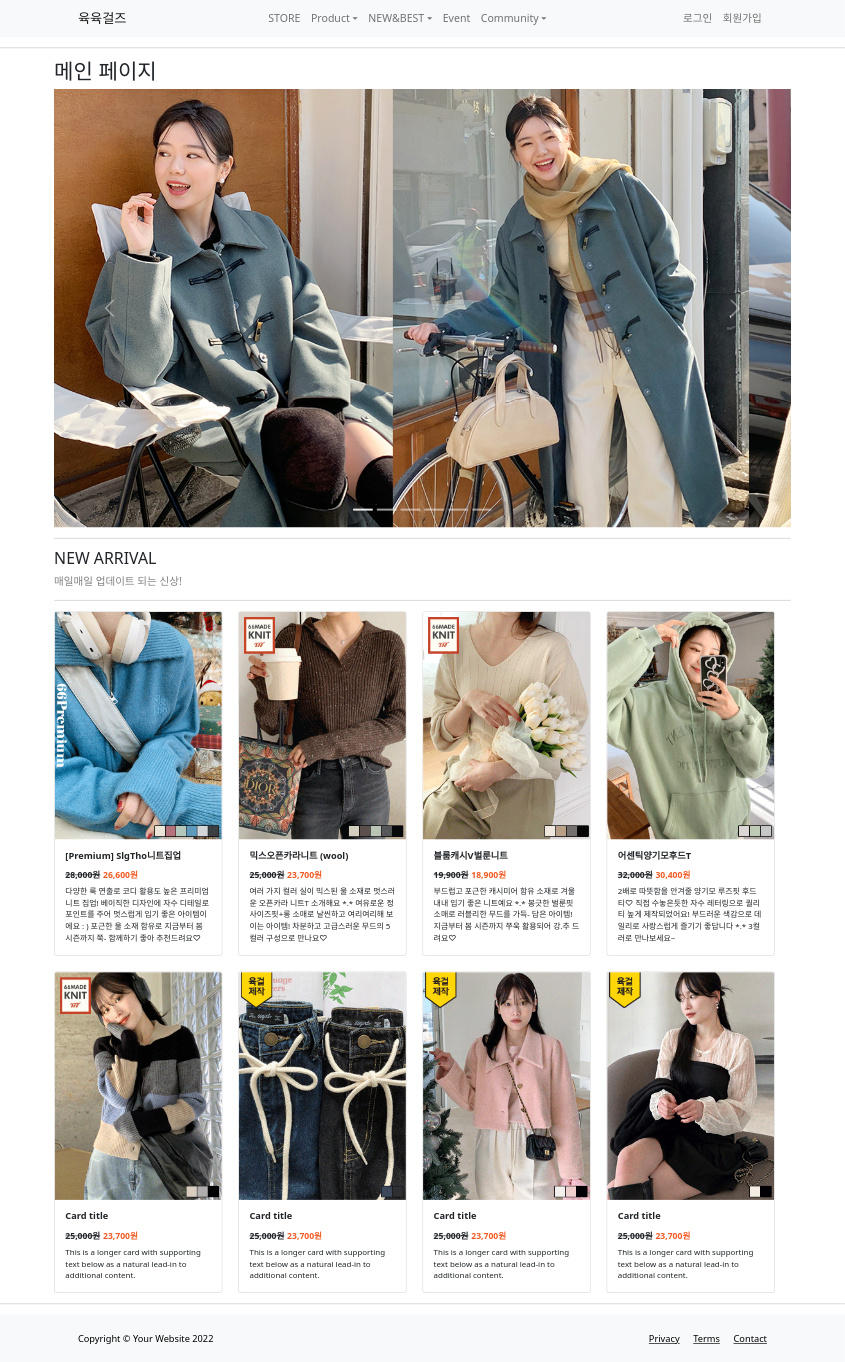
Repository: kyeonj/pro05
Page: http://localhost/index
An editor plug-in stored every save of this project. The page is shown before and after the next save, followed by the edit.
The browser window is 1280 px wide. The pictures show the whole page, at 66% of full size.
The page is this project's Thymeleaf template; nobody is signed in. The template is opened directly, without the code that normally fills it, so the values that code supplies are empty.

Above is the page before, as saved 2022-12-20 02:41:53.

### myapp/src/main/resources/templates/index.html
<!DOCTYPE html>
<html lang="ko" xmlns="http://www.w3.org/1999/xhtml"
 xmlns:th="http://www.thymeleaf.org"
 xmlns:layout="http://www.ultraq.net.nz/thymeleaf/layout">
<head>
	<title>메인 페이지</title>
	<th:block th:insert="common/head"></th:block>
</head>
<body>
<div class="fluid-container">
	<th:block th:insert="common/header"></th:block>
	<div class="container">
	<h2>메인 페이지</h2>
	<div id="carouselExampleIndicators" class="carousel slide" data-bs-ride="carousel">
	  <div class="carousel-indicators">
	    <button type="button" data-bs-target="#carouselExampleIndicators" data-bs-slide-to="0" class="active" aria-current="true" aria-label="Slide 1"></button>
	    <button type="button" data-bs-target="#carouselExampleIndicators" data-bs-slide-to="1" aria-label="Slide 2"></button>
	    <button type="button" data-bs-target="#carouselExampleIndicators" data-bs-slide-to="2" aria-label="Slide 3"></button>
	    <button type="button" data-bs-target="#carouselExampleIndicators" data-bs-slide-to="3" aria-label="Slide 4"></button>
	    <button type="button" data-bs-target="#carouselExampleIndicators" data-bs-slide-to="4" aria-label="Slide 5"></button>
	    <button type="button" data-bs-target="#carouselExampleIndicators" data-bs-slide-to="5" aria-label="Slide 6"></button>
	  </div>
	  <div class="carousel-inner">
	    <div class="carousel-item active">
	      <img src="theme/img/main1.jpg" class="d-block w-100" alt="...">
	    </div>
	    <div class="carousel-item">
	      <img src="theme/img/main2.jpg" class="d-block w-100" alt="...">
	    </div>
	    <div class="carousel-item">
	      <img src="theme/img/main3.jpg" class="d-block w-100" alt="...">
	    </div>
	    <div class="carousel-item">
	      <img src="theme/img/main4.jpg" class="d-block w-100" alt="...">
	    </div>
	    <div class="carousel-item">
	      <img src="theme/img/main5.jpg" class="d-block w-100" alt="...">
	    </div>
	    <div class="carousel-item">
	      <img src="theme/img/main6.jpg" class="d-block w-100" alt="...">
	    </div>
	  </div>
	  <button class="carousel-control-prev" type="button" data-bs-target="#carouselExampleIndicators" data-bs-slide="prev">
	    <span class="carousel-control-prev-icon" aria-hidden="true"></span>
	    <span class="visually-hidden">Previous</span>
	  </button>
	  <button class="carousel-control-next" type="button" data-bs-target="#carouselExampleIndicators" data-bs-slide="next">
	    <span class="carousel-control-next-icon" aria-hidden="true"></span>
	    <span class="visually-hidden">Next</span>
	  </button>
	</div>
	<hr>
	<h4>NEW ARRIVAL</h4>
	<span style="color: gray;">매일매일 업데이트 되는 신상!</span>
	<hr>
	<div class="row row-cols-1 row-cols-md-4 g-4" style="width: 100%;" >
	  <div class="col">
	    <div class="card h-100" >
	      <img src="theme/img/new1.gif" class="card-img-top" alt="...">
	      <div class="card-body">
	        <h5 class="card-title">[Premium] SlgTho니트집업</h5>
	        <span class="card-text1" style="text-decoration: line-through;">28,000원</span>
	        <span class="card-text2">26,600원</span>
	        <p class="card-text" >다양한 룩 연출로 코디 활용도 높은 프리미엄 니트 집업! 베이직한 디자인에 자수 디테일로 포인트를 주어 멋스럽게 입기 좋은 아이템이에요 : ) 포근한 울 소재 함유로 지금부터 봄 시즌까지 쭉- 함께하기 좋아 추천드려요♡</p>
	      </div>
	    </div>
	  </div>
	  <div class="col">
	    <div class="card h-100">
	      <img src="theme/img/new2.gif" class="card-img-top" alt="...">
	      <div class="card-body">
	        <h5 class="card-title">믹스오픈카라니트 (wool)</h5>
	        <span class="card-text1" style="text-decoration: line-through;">25,000원</span>
	        <span class="card-text2">23,700원</span>
	        <p class="card-text">여러 가지 컬러 실이 믹스된 울 소재로 멋스러운 오픈카라 니트T 소개해요 *.* 여유로운 정사이즈핏+롱 소매로 날씬하고 여리여리해 보이는 아이템! 차분하고 고급스러운 무드의 5컬러 구성으로 만나요♡</p>
	      </div>
	    </div>
	  </div>
	  <div class="col">
	    <div class="card h-100">
	      <img src="theme/img/new3.gif" class="card-img-top" alt="...">
	      <div class="card-body">
	        <h5 class="card-title">블룸캐시V벌룬니트</h5>
	        <span class="card-text1" style="text-decoration: line-through;">19,900원</span>
	        <span class="card-text2">18,900원</span>
	        <p class="card-text">부드럽고 포근한 캐시미어 함유 소재로 겨울 내내 입기 좋은 니트예요 *.* 봉긋한 벌룬핏 소매로 러블리한 무드를 가득- 담은 아이템! 지금부터 봄 시즌까지 쭈욱 활용되어 강.추 드려요♡</p>
	      </div>
	    </div>
	  </div>
	  <div class="col">
	    <div class="card h-100">
	      <img src="theme/img/new4.gif" class="card-img-top" alt="...">
	      <div class="card-body">
	        <h5 class="card-title">어센틱양기모후드T</h5>
	        <span class="card-text1" style="text-decoration: line-through;">32,000원</span>
	        <span class="card-text2">30,400원</span>
	        <p class="card-text">2배로 따뜻함을 안겨줄 양기모 루즈핏 후드티♡ 직접 수놓은듯한 자수 레터링으로 퀄리티 높게 제작되었어요! 부드러운 색감으로 데일리로 사랑스럽게 즐기기 좋답니다 *.* 3컬러로 만나보세요~</p>
	      </div>
	    </div>
	  </div>
	  <div class="col">
	    <div class="card h-100">
	      <img src="theme/img/new5.gif" class="card-img-top" alt="...">
	      <div class="card-body">
	        <h5 class="card-title">Card title</h5>
	        <span class="card-text1" style="text-decoration: line-through;">25,000원</span>
	        <span class="card-text2">23,700원</span>
	        <p class="card-text">This is a longer card with supporting text below as a natural lead-in to additional content.</p>
	      </div>
	    </div>
	  </div>
	  <div class="col">
	    <div class="card h-100">
	      <img src="theme/img/new6.gif" class="card-img-top" alt="...">
	      <div class="card-body">
	        <h5 class="card-title">Card title</h5>
	        <span class="card-text1" style="text-decoration: line-through;">25,000원</span>
	        <span class="card-text2">23,700원</span>
	        <p class="card-text">This is a longer card with supporting text below as a natural lead-in to additional content.</p>
	      </div>
	    </div>
	  </div>
	  <div class="col">
	    <div class="card h-100">
	      <img src="theme/img/new7.gif" class="card-img-top" alt="...">
	      <div class="card-body">
	        <h5 class="card-title">Card title</h5>
	        <span class="card-text1" style="text-decoration: line-through;">25,000원</span>
	        <span class="card-text2">23,700원</span>
	        <p class="card-text">This is a longer card with supporting text below as a natural lead-in to additional content.</p>
	      </div>
	    </div>
	  </div>
	  <div class="col">
	    <div class="card h-100">
	      <img src="theme/img/new8.gif" class="card-img-top" alt="...">
	      <div class="card-body">
	        <h5 class="card-title">Card title</h5>
	        <span class="card-text1" style="text-decoration: line-through;">25,000원</span>
	        <span class="card-text2">23,700원</span>
	        <p class="card-text">This is a longer card with supporting text below as a natural lead-in to additional content.</p>
	      </div>
	    </div>
	  </div>
	</div>
</div>
<th:block th:insert="common/footer"></th:block>
</div>
</body>
</html>

### myapp/src/main/resources/templates/common/head.html
<meta charset="UTF-8">
<meta http-equiv="X-UA-Compatible" content="IE=edge">
<meta name="viewport" content="width=device-width, initial-scale=1.0">
<script src="https://code.jquery.com/jquery-latest.js"></script>
<link href="https://cdn.jsdelivr.net/npm/bootstrap-icons@1.5.0/font/bootstrap-icons.css" rel="stylesheet">
<link href="/theme/css/styles.css" rel="stylesheet">
<script src="https://cdn.jsdelivr.net/npm/bootstrap@5.1.3/dist/js/bootstrap.bundle.min.js"></script>
<script src="/theme/js/scripts.js"></script>
<style>
@media all and (min-width: 960px) {
	.navbar .nav-item .dropdown-menu{ display: none; }
	.navbar .nav-item:hover .dropdown-menu{ display: block; }
	.navbar .nav-item .dropdown-menu { margin-top:0; }
}
.card-title {font-size: 14px; font-weight: bold;}
.card-text {font-size: 12px; margin-top: 5px;}
.card-text1 {font-size: 13px; font-weight: bold; text-decoration: line-through;}
.card-text2 {font-size: 13px; font-weight: bold; color: #f15b24;}
</style>

### myapp/src/main/resources/templates/common/header.html
<!DOCTYPE html>
<html lang="en" xmlns:th="http://www.w3.org/1999/xhtml" xmlns:sec="http://www.thymeleaf.org/extras/spring-security">
<header id="header">
	<nav class="navbar navbar-expand-lg navbar-light bg-light">
        <div class="container px-5">
            <a class="navbar-brand" href="/">육육걸즈</a>
            <button class="navbar-toggler" type="button" data-bs-toggle="collapse" data-bs-target="#navbarSupportedContent" aria-controls="navbarSupportedContent" aria-expanded="false" aria-label="Toggle navigation"><span class="navbar-toggler-icon"></span></button>
            <div class="collapse navbar-collapse" id="navbarSupportedContent">
                <ul class="navbar-nav ms-auto mb-2 mb-lg-0">
                    <li class="nav-item"><a class="nav-link" href="index.html">STORE</a></li>
                    <li class="nav-item dropdown">
                    	<a class="nav-link dropdown-toggle" href="#" data-bs-toggle="dropdown">Product</a>
                        <ul class="dropdown-menu">
                            <li><a class="dropdown-item" href="@{/product/detail(cate='A')}">A Category</a></li>
                            <li><a class="dropdown-item" href="@{/product/detail(cate='B')}">B Category</a></li>
                            <li><a class="dropdown-item" href="@{/product/detail(cate='C')}">C Category</a></li>
                        </ul>
                    </li>
                    <li class="nav-item dropdown">
                    	<a class="nav-link dropdown-toggle" href="#" data-bs-toggle="dropdown">NEW&BEST</a>
                        <ul class="dropdown-menu">
                            <li><a class="dropdown-item" href="@{/product/detail(sel='new')}">NEW</a></li>
                            <li><a class="dropdown-item" href="@{/product/detail(sel='best')}">BEST</a></li>
                            <li><a class="dropdown-item" href="@{/product/detail(sel='hot')}">HOT</a></li>
                        </ul>
                    </li>
                    <li class="nav-item"><a class="nav-link" href="event.html">Event</a></li>
                    <li class="nav-item dropdown">
                        <a class="nav-link dropdown-toggle" href="#" data-bs-toggle="dropdown">Community</a>
                        <ul class="dropdown-menu">
                            <li><a class="dropdown-item" href="@{/board/list}">Notice</a></li>
                            <li><a class="dropdown-item" href="@{/qna/list}">QnA</a></li>
                            <li><a class="dropdown-item" href="@{/review/list}">Review</a></li>
                        </ul>
                    </li>
                </ul>
            </div>
			<div th:fragment="tnb" id="tnb" class="collapse navbar-collapse">
				<ul class="navbar-nav ms-auto mb-2 mb-lg-0">
			    	<li class="nav-item"><a class="nav-link" sec:authorize="isAnonymous()" th:href="@{/member/login}">로그인</a></li>
				    <li class="nav-item"><a class="nav-link" sec:authorize="isAuthenticated()" th:href="@{/member/logout}">로그아웃</a></li>
				    <li class="nav-item"><a class="nav-link" sec:authorize="isAnonymous()" th:href="@{/member/signUp}">회원가입</a></li>
				    <li class="nav-item"><a class="nav-link" sec:authorize="isAuthenticated()" th:href="@{/member/info}">내정보</a></li>
				    <li class="nav-item"><a class="nav-link" sec:authorize="hasRole('ADMIN')" th:href="@{/member/admin}">어드민</a></li>
				</ul>
			</div>
        </div>
    </nav>
</header>
<hr>

### myapp/src/main/resources/templates/common/footer.html
<!DOCTYPE html>
<html xmlns:th="http://www.thymeleaf.org"
 xmlns:layout="http://www.ultraq.net.nz/thymeleaf/layout">
<hr>
<footer id="footer" class="bg-light py-4 mt-auto">
	<div class="container px-5">
        <div class="row align-items-center justify-content-between flex-column flex-sm-row">
            <div class="col-auto"><div class="small m-0 text-black">Copyright © Your Website 2022</div></div>
            <div class="col-auto">
                <a class="link-light small text-black" href="#!">Privacy</a>
                <span class="text-white mx-1">·</span>
                <a class="link-light small text-black" href="#!">Terms</a>
                <span class="text-white mx-1">·</span>
                <a class="link-light small text-black" href="#!">Contact</a>
            </div>
        </div>
    </div>
</footer>

Loaded but not shown: myapp/src/main/resources/static/theme/css/styles.css (library); myapp/src/main/resources/static/theme/js/scripts.js (common file)

After the next save:
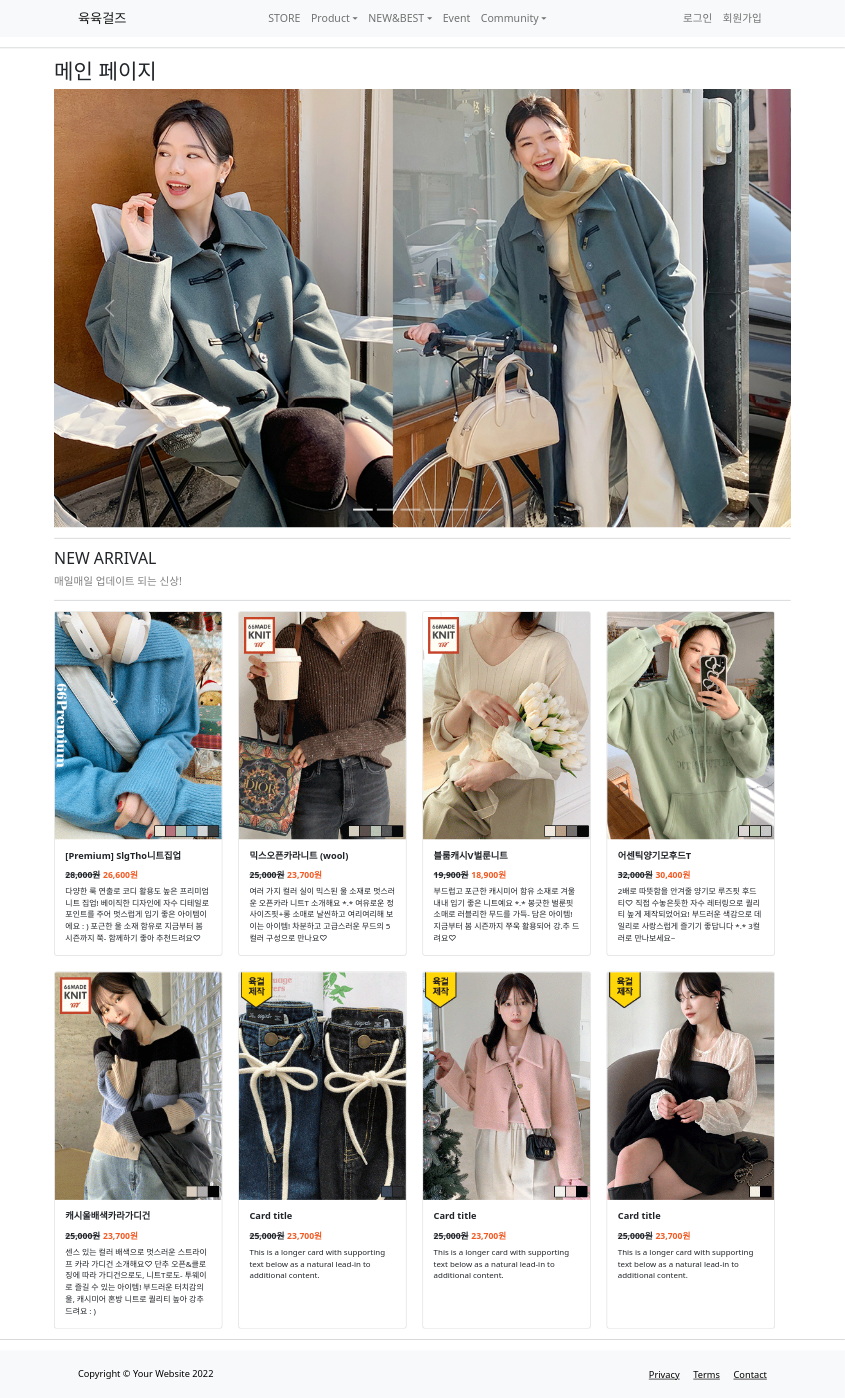
Saved 49 s later.
--- a/myapp/src/main/resources/templates/index.html
+++ b/myapp/src/main/resources/templates/index.html
@@ -102,10 +102,10 @@
 	    <div class="card h-100">
 	      <img src="theme/img/new5.gif" class="card-img-top" alt="...">
 	      <div class="card-body">
-	        <h5 class="card-title">Card title</h5>
+	        <h5 class="card-title">캐시울배색카라가디건</h5>
 	        <span class="card-text1" style="text-decoration: line-through;">25,000원</span>
 	        <span class="card-text2">23,700원</span>
-	        <p class="card-text">This is a longer card with supporting text below as a natural lead-in to additional content.</p>
+	        <p class="card-text">센스 있는 컬러 배색으로 멋스러운 스트라이프 카라 가디건 소개해요♡ 단추 오픈&클로징에 따라 가디건으로도, 니트T로도- 투웨이로 즐길 수 있는 아이템! 부드러운 터치감의 울, 캐시미어 혼방 니트로 퀄리티 높아 강추 드려요 : )</p>
 	      </div>
 	    </div>
 	  </div>
